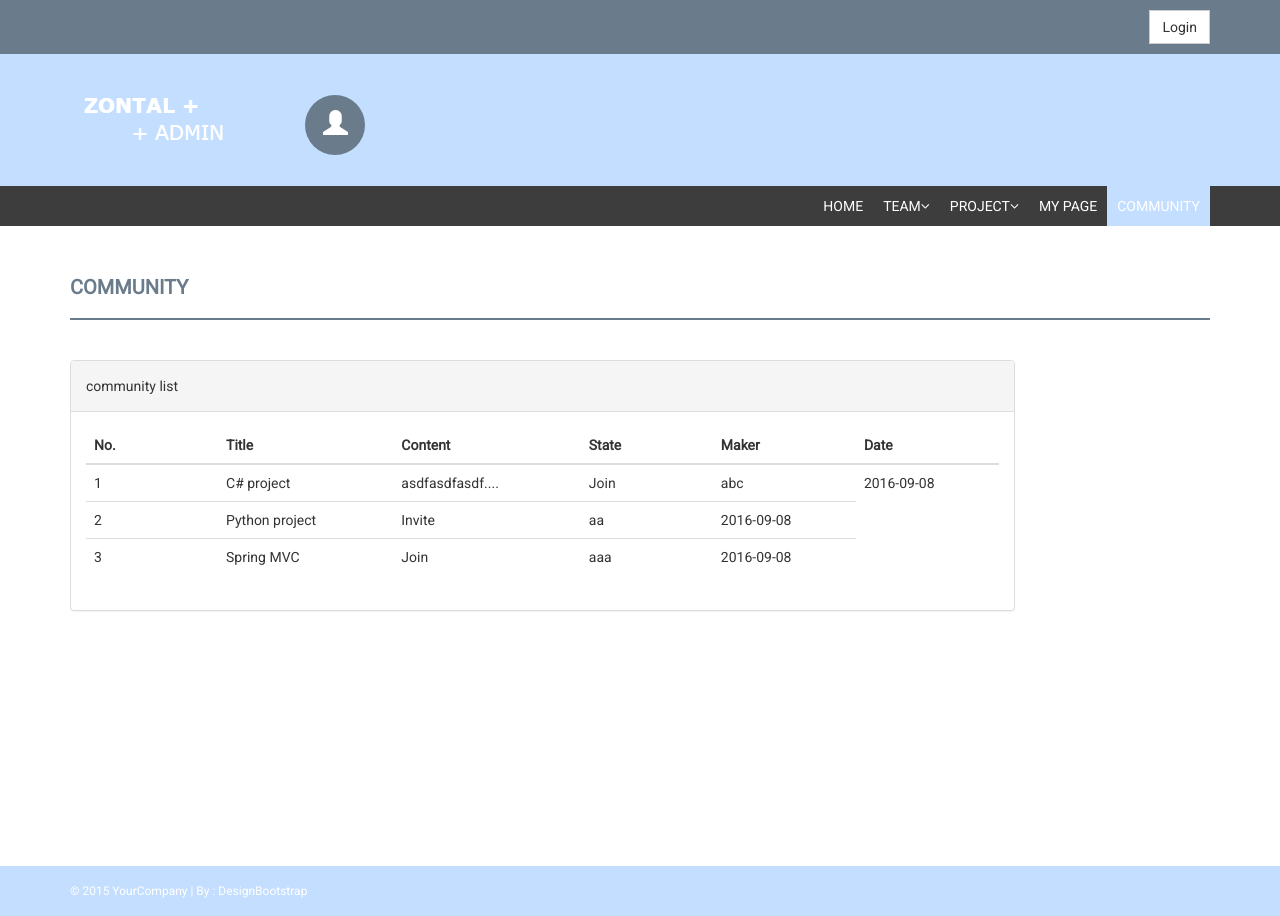
Repository: hwju91/skuniv
Page: http://localhost/0903.2/WEB-INF/jsp/community/communityselect.jsp
The author's editor kept a copy of each file at every save. The page is drawn from the files as they stood at one save, then again after the next save.
The browser window is 1280 px wide. The pictures show the whole page.
The page is served by Tomcat 9. Nobody is signed in. Other server files are loaded and not shown. The template is opened directly, without the code that normally fills it, so the values that code supplies are empty.

Above is the page before, as saved 2016-09-08 12:11:10.

### 0903.2/WebContent/WEB-INF/jsp/community/communityselect.jsp
<%@ page language="java" contentType="text/html; charset=UTF-8"
	pageEncoding="UTF-8"%>
<jsp:include page="../header_community.jsp" />
<jsp:include page="../nav.jsp" />
<jsp:include page="../menu_community.jsp" />

			<div class="row">
				<div class="col-md-12">
					<h4 class="page-head-line">community</h4>
				</div>
			</div>

			<div class="row">
				<div class="col-md-10">
				                     <!--   Basic Table  -->
				 	<div class="panel panel-default">
                        <div class="panel-heading">
                            community list
                        </div>
                        <div class="panel-body">
                            <div class="table-responsive">
                                <table class="table">
                                    <thead>
                                        <tr>
                                            <th>No.</th>
                                            <th>Title</th>
                                            <th>Content</th>
                                            <th>State</th>
                                            <th>Maker</th>
                                            <th>Date</th>

                                        </tr>
                                    </thead>
                                    <tbody>
                                        <tr>
                                            <td>1</td>
                                            <td>C# project</td>
                                            <td>asdfasdfasdf....</td>
                                            <td>Join</td>
                                            <td>abc</td>
                                            <td>2016-09-08</td>
                                        </tr>
                                        <tr>
                                            <td>2</td>
                                            <td>Python project</td>
                                            <td>Invite</td>
                                            <td>aa</td>
                                            <td>2016-09-08</td>

                                        </tr>
                                        <tr>
                                            <td>3</td>
                                            <td>Spring MVC</td>
                                            <td>Join</td>
                                            <td>aaa</td>
                                            <td>2016-09-08
                                        </tr>
                                    </tbody>
                                </table>
                            </div>
                        </div>
                    </div>
                      <!-- End  Basic Table  -->
                </div>
			</div>


<jsp:include page="../footer.jsp" />

### 0903.2/WebContent/WEB-INF/jsp/header_community.jsp
<%@ page language="java" contentType="text/html; charset=UTF-8"
    pageEncoding="UTF-8"%>
<!DOCTYPE html PUBLIC "-//W3C//DTD HTML 4.01 Transitional//EN" "http://www.w3.org/TR/html4/loose.dtd">
<html>
<head>
    <title>Winder</title>

    <link href="css/bootstrap.css" rel="stylesheet" />
    <link href="css/font-awesome.css" rel="stylesheet" />
    <link href="css/style.css" rel="stylesheet" />
    <!-- <link rel="stylesheet" href="https://cdnjs.cloudflare.com/ajax/libs/ionicons/2.0.1/css/ionicons.min.css"> -->

</head>
</head>

### 0903.2/WebContent/WEB-INF/jsp/nav.jsp
<%@ page language="java" contentType="text/html; charset=UTF-8"
    pageEncoding="UTF-8"%>
<body>
    <header>
        <div class="container">
            <div class="row">
                <div class="col-md-12">
                    <!-- <strong>Email: </strong>info@yourdomain.com
                    &nbsp;&nbsp;
                    <strong>Support: </strong>+90-897-678-44 -->
                    <%
                    if("loginok".equals((String)session.getAttribute("loginchk"))){
                    	%>
                    	<a class="btn btn-default" href="logout">Logout</a>
                    <%}
                    else{
                    %>
                    	<a class="btn btn-default" href="login">Login</a>
                    <% }%>

                </div>

            </div>
        </div>
    </header>
    <!-- HEADER END-->
    <div class="navbar navbar-inverse set-radius-zero">
        <div class="container">
            <div class="navbar-header">
                <button type="button" class="navbar-toggle" data-toggle="collapse" data-target=".navbar-collapse">
                    <span class="icon-bar"></span>
                    <span class="icon-bar"></span>
                    <span class="icon-bar"></span>
                </button>
                <a class="navbar-brand" href="index.html">
                    <img src="img/logo.png" />
                </a>

            </div>

            <div class="left-div">
                <div class="user-settings-wrapper">
                    <ul class="nav">

                        <li class="dropdown">
                            <a class="dropdown-toggle" data-toggle="dropdown" href="#" aria-expanded="false">
                                <span class="glyphicon glyphicon-user" style="font-size: 25px;"></span>
                            </a>
                            <div class="dropdown-menu dropdown-settings" style="color: #fff">
                                <div class="media">
                                    <a class="media-left" href="#">
                                        <img src="img/64-64.jpg" alt="" class="img-rounded" />
                                    </a>
                                    <div class="media-body">
                                        <h4 class="media-heading">Jhon Deo Alex </h4>
                                        <h5>Developer & Designer</h5>

                                    </div>
                                </div>
                                <hr />
                                <h5><strong>Personal Bio : </strong></h5>
                                Anim pariatur cliche reprehen derit.
                                <hr />
                                <a href="#" class="btn btn-info btn-sm">Full Profile</a>&nbsp; <a href="login.html" class="btn btn-danger btn-sm">Logout</a>

                            </div>
                        </li>


                    </ul>
                </div>
            </div>
        </div>
    </div>
    <!-- LOGO HEADER END-->

### 0903.2/WebContent/WEB-INF/jsp/menu_community.jsp
<%@ page language="java" contentType="text/html; charset=UTF-8"
    pageEncoding="UTF-8"%>
<%@taglib prefix="c"  uri="http://java.sun.com/jsp/jstl/core" %>
<section class="menu-section">
        <div class="container">
            <div class="row">
                <div class="col-md-12">
                    <div class="navbar-collapse collapse ">
                        <ul id="menu-top" class="nav navbar-nav navbar-right">
                            <li><a class="menu-top" href="home">Home</a></li>
                            <li class="dropdown">
                                <a href="#" class="dropdown-toggle" data-toggle="dropdown">Team<i class="fa fa-angle-down"></i></a>
                                <ul class="dropdown-menu">
                                	<li><a href="teamList">팀 List</a></li>
                                    <li><a href="teamCreateform">팀 생성</a></li>
                                    <c:forEach items="${teammenu }" var="tmenu">
                                    <li><a href="projectlist?tno=${tmenu.tno }">${tmenu.name }</a></li>
                                    </c:forEach>
                                </ul>
                            </li>
                            <li class="dropdown">
                                <a href="#" class="dropdown-toggle" data-toggle="dropdown">Project<i class="fa fa-angle-down"></i></a>
                                <ul class="dropdown-menu">
                                    <li><a href="projectform">프로젝트 생성</a></li>
                                    <c:forEach items="${projectmenu }" var="pmenu">
                                    <li><a href="projectmain?pno=${pmenu.pno }">${pmenu.name }</a></li>
                                    </c:forEach>
                                </ul>
                            </li>
                             <li><a href="mypage">My Page</a></li>
							 <li><a class="menu-top-active" href="communitylist">community</a></li>
                        </ul>
                    </div>
                </div>

            </div>
        </div>
    </section>
    <!-- MENU SECTION END-->
    <div class="content-wrapper">
        <div class="container">

### 0903.2/WebContent/WEB-INF/jsp/footer.jsp
<%@ page language="java" contentType="text/html; charset=UTF-8"
    pageEncoding="UTF-8"%>
 </div>
    </div>
    <!-- CONTENT-WRAPPER SECTION END-->
    <footer>
        <div class="container">
            <div class="row">
                <div class="col-md-12">
                    &copy; 2015 YourCompany | By : <a href="http://www.designbootstrap.com/" target="_blank">DesignBootstrap</a>
                </div>

            </div>
        </div>
    </footer>
    <!-- script -->
<script src="js/jquery-2.2.3.min.js"></script>
<script src="js/bootstrap.js"></script>
</body>
</html>

### 0903.2/WebContent/css/style.css

/*=============================================================
    Authour URL: www.designbootstrap.com

    http://www.designbootstrap.com/

    License: MIT

    http://opensource.org/licenses/MIT

    100% Free To use For Personal And Commercial Use.

    IN EXCHANGE JUST TELL PEOPLE ABOUT THIS WEBSITE

========================================================  */


/* =============================================================
   GENERAL STYLES
 ============================================================ */

@import url(http://fonts.googleapis.com/css?family=Roboto); /* FREE GOOGLE FONT */

body {
    font-family: 'Roboto', sans-serif;
    line-height: 30px;
}

.set-radius-zero {
    border-radius: 0px;
    -moz-border-radius: 0px;
    -webkit-border-radius: 0px;
}

.content-wrapper {
    margin-top: 40px;
    min-height: 600px;
    padding-bottom: 60px;
}

.page-head-line {
    font-weight: 900;
    padding-bottom: 20px;
    border-bottom: 2px solid #6A7B8B;
    text-transform: uppercase;
    color: #6A7B8B;
    font-size: 20px;
    margin-bottom: 40px;
}

.btn {
    border-radius: 0px;
    -webkit-border-radius: 0px;
    -moz-border-radius: 0px;
}

.progress {
    height: 8px;
    border-radius: 0px;
    -webkit-border-radius: 0px;
    -moz-border-radius: 0px;
}
.login-icon {
    height: 60px;
width: 60px;
padding: 13px;
border-radius: 50%;
font-size: 30px;
margin-bottom: 20px;
color: #fff;
text-align: center;
cursor:pointer;
background-color:#6A7B8B;
-webkit-border-radius:50%;
    -moz-border-radius:50%;
}
/* =============================================================
   HEADER SECTION STYLES
 ============================================================ */
header {
    background-color: #6A7B8B;
    color: #fff;
    padding: 10px;
    text-align: right;
}


/* =============================================================
   LOGO SECTION STYLES
 ============================================================ */
.left-div {
    padding-left: 30px;
    margin-top: 40px;
    margin-bottom: 30px;
}

.navbar-brand {
    width: 250px;
    padding-top: 30px;
}

/* USER SETTINGS DIV */
.user-settings-wrapper .nav > li > a {
    position: relative;
    display: block;
    padding: 15px 18px;
    border-radius: 50%;
    -webkit-border-radius: 50%;
    -moz-border-radius: 50%;
    height: 60px;
    width: 60px;
    background-color: #6A7B8B;
    color: #fff;
}

.user-settings-wrapper {
    margin-top: 10px;
}

    .user-settings-wrapper li {
        display: inline-block;
    }

    .user-settings-wrapper .dropdown-settings {
        width: 200px;
        padding: 10px;
    }

    .user-settings-wrapper .nav > li > a:hover,.user-settings-wrapper .nav > li > a:focus {
        text-decoration: none;
        background-color: #C4DEFF!important;
    }

    .user-settings-wrapper img {
        height: 64px;
        width: 64px;
        border: 1px solid #000000;
    }

    .user-settings-wrapper .dropdown-menu {
        margin: 0px;
        border-radius: 0px!important;
        -moz-border-radius: 0px!important;
        -webkit-border-radius: 0px!important;
    }

    .user-settings-wrapper .btn {
        border-radius: 0px!important;
        -moz-border-radius: 0px!important;
        -webkit-border-radius: 0px!important;
    }

    .user-settings-wrapper .media-heading {
        padding-top: 10px;
    }

/* MENU LINKS SECTION*/

.menu-section {
    background-color: #3D3D3D;
}

#menu-top a {
    color: #FFF;
    text-decoration: none;
    font-weight: 500;
    padding: 10px 10px 10px 10px;
    text-transform: uppercase;
}

.menu-top-active {
    background-color: #C4DEFF;
}

.menu-section .nav > li > a:hover,.menu-section .nav > li > a:focus {
    background-color: #6A7B8B!important;
}

.menu-section .dropdown-menu > li > a:hover,.menu-section .dropdown-menu > li > a:focus {
    background-color: #6A7B8B!important;
}

.navbar-inverse {
    background-color: #C4DEFF;
    border-color: transparent;
}

.navbar-toggle {
    background-color: #6A7B8B;
    border: 1px solid #fff;
}

.navbar {
    margin-bottom: 0px;
}
/* =============================================================
   FOOTER SECTION STYLES
 ============================================================ */
footer {
    padding: 10px;
    color: #fff;
    font-size: 12px;
    background-color: #C4DEFF;
}

    footer a, footer a:hover {
        color: #fff;
        text-decoration: none;
    }

/*==============================================
    DASHBOARD  STYLES
 =============================================*/

/* DASHBOARD ICONS */

.bk-clr-one {
    background-color: #B9B739;
}

.bk-clr-two {
    background-color: #F94C4C;
}

.bk-clr-three {
    background-color: #119c7e;
}

.bk-clr-four {
    background-color: #b739b9;
}

.dashboard-div-icon {
    height: 75px;
    width: 75px;
    border: 2px solid #fff;
    padding: 20px;
    border-radius: 50%;
    -webkit-border-radius:50%;
    -moz-border-radius:50%;
    font-size: 30px;
    margin-bottom: 20px;
    color: #fff;
}

.dashboard-div-wrapper {
    border-radius: 5px;
    text-align: center;
    padding: 15px;
    color: #fff;
    margin-bottom: 50px;
}

    .dashboard-div-wrapper .progress {
        height: 2px;
    }

/* NOTICE BOARD */


.notice-board .panel {
    border-radius: 0px;
    -webkit-border-radius: 0px;
    -moz-border-radius: 0px;
}

.notice-board ul {
    padding-left: 0px;
    list-style: none;
}

.notice-board li {
    padding: 10px;
    border-bottom: 1px solid #E5E5E5;
}

    .notice-board li span {
        margin-right: 10px;
        border: 1px solid #DBDBDB;
        padding: 5px;
    }

    .notice-board li a, li a:hover {
        text-decoration: none;
        color: #000;
    }

/* SOCIAL BUTTONS */
.btn-social {
    color: white;
    opacity: 0.8;
}

    .btn-social:hover {
        color: white;
        opacity: 1;
        text-decoration: none;
    }

.btn-facebook {
    background-color: #3b5998;
}

.btn-twitter {
    background-color: #00aced;
}

.btn-linkedin {
    background-color: #0e76a8;
}

.btn-google {
    background-color: #c32f10;
}

Loaded but not shown: 0903.2/WebContent/css/bootstrap.css (library); 0903.2/WebContent/css/font-awesome.css (library); 0903.2/WebContent/js/jquery-2.2.3.min.js (library); 0903.2/WebContent/js/bootstrap.js (library)

After the next save:
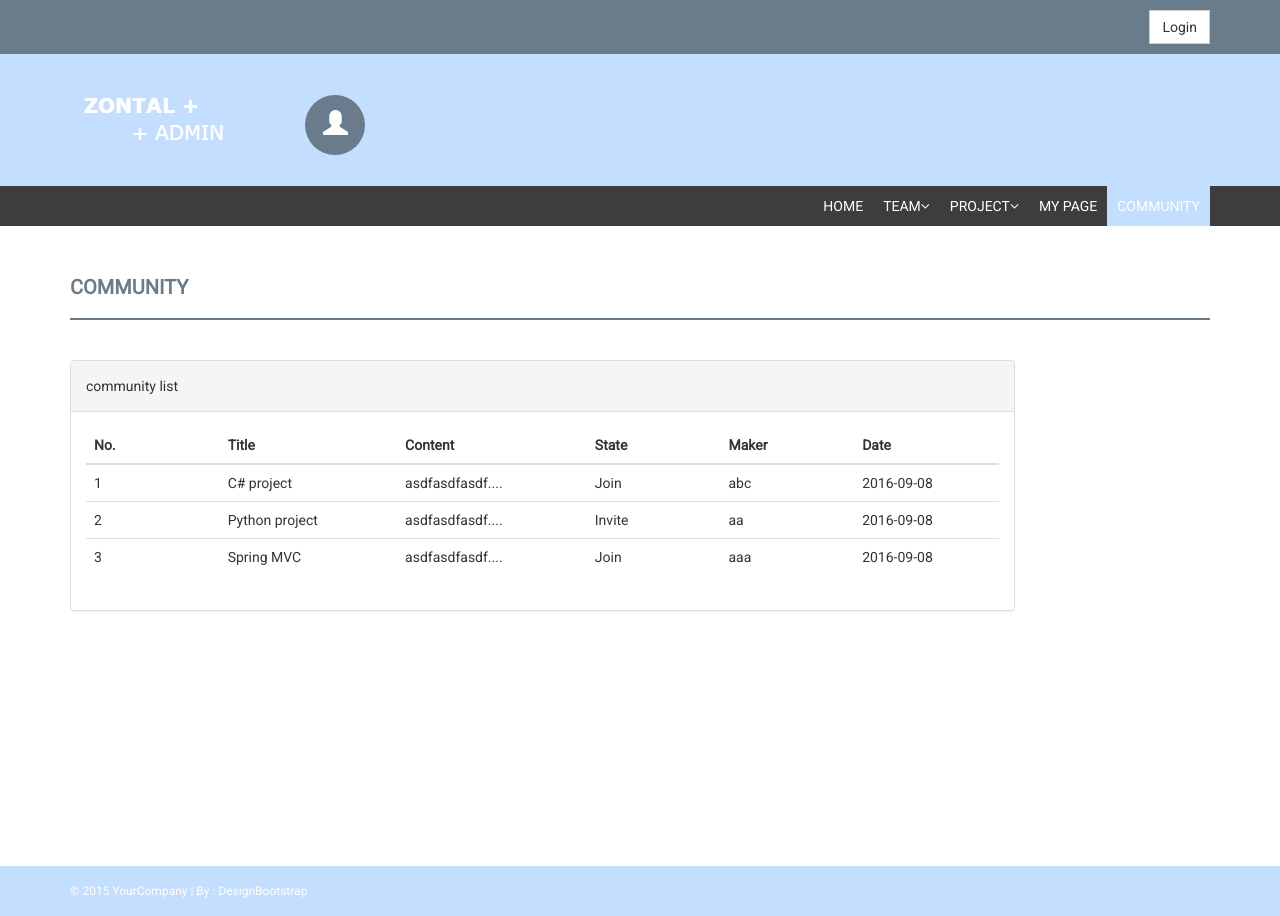
Saved 10 s later.
--- a/0903.2/WebContent/WEB-INF/jsp/community/communityselect.jsp
+++ b/0903.2/WebContent/WEB-INF/jsp/community/communityselect.jsp
@@ -43,6 +43,7 @@
                                         <tr>
                                             <td>2</td>
                                             <td>Python project</td>
+                                            <td>asdfasdfasdf....</td>
                                             <td>Invite</td>
                                             <td>aa</td>
                                             <td>2016-09-08</td>
@@ -51,6 +52,7 @@
                                         <tr>
                                             <td>3</td>
                                             <td>Spring MVC</td>
+                                            <td>asdfasdfasdf....</td>
                                             <td>Join</td>
                                             <td>aaa</td>
                                             <td>2016-09-08
